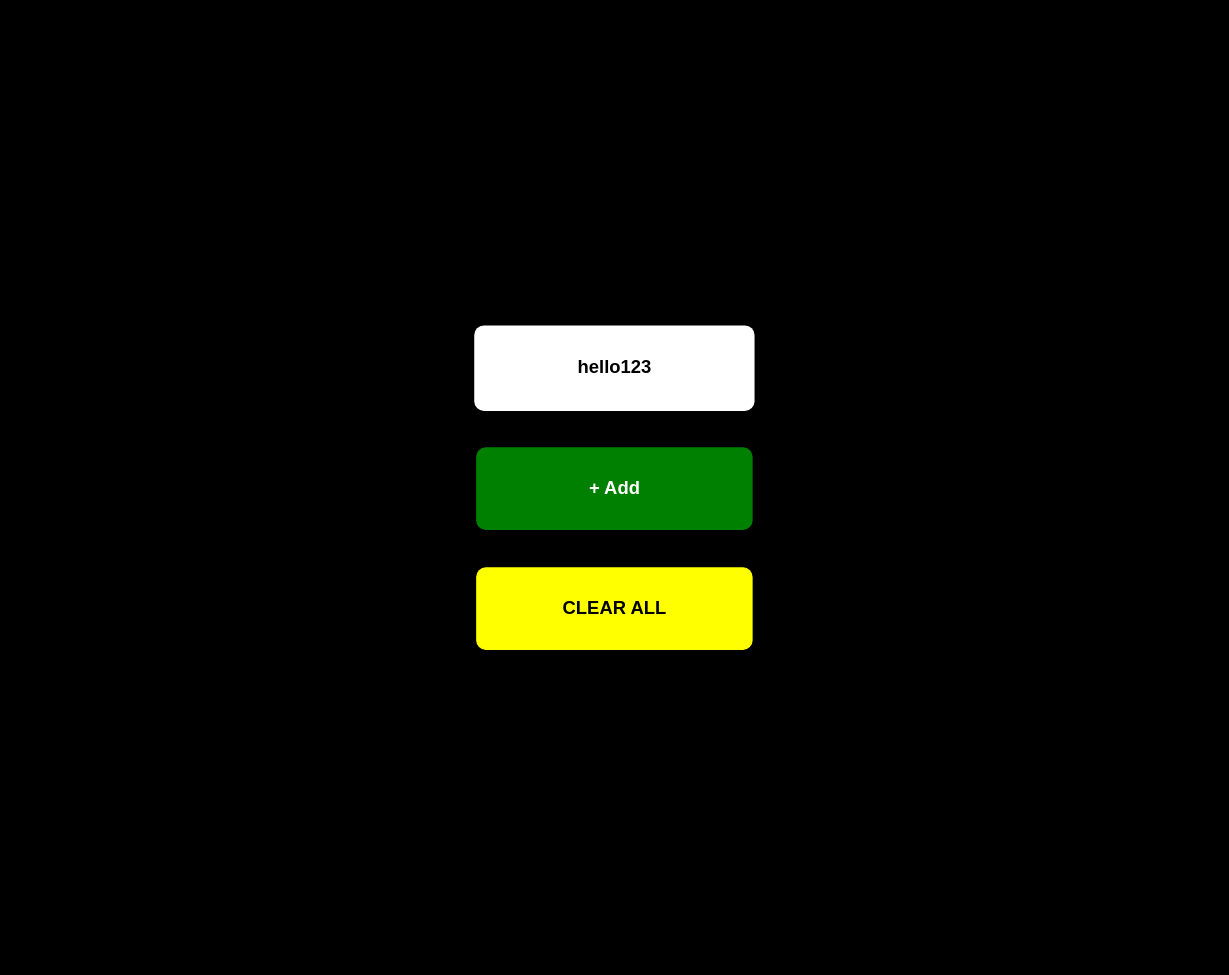
Repository: jcohenp/DI_Exercises
Page: W3/D2/gold/index.html
These files come from the project's save history. The page is drawn as it stood at one moment and after the next save; the edit follows.
The browser window is 1280 px wide. The pictures show the whole page, at 96% of full size.

Above is the page before, as saved 2020-08-25 14:06:38.

After the next save:
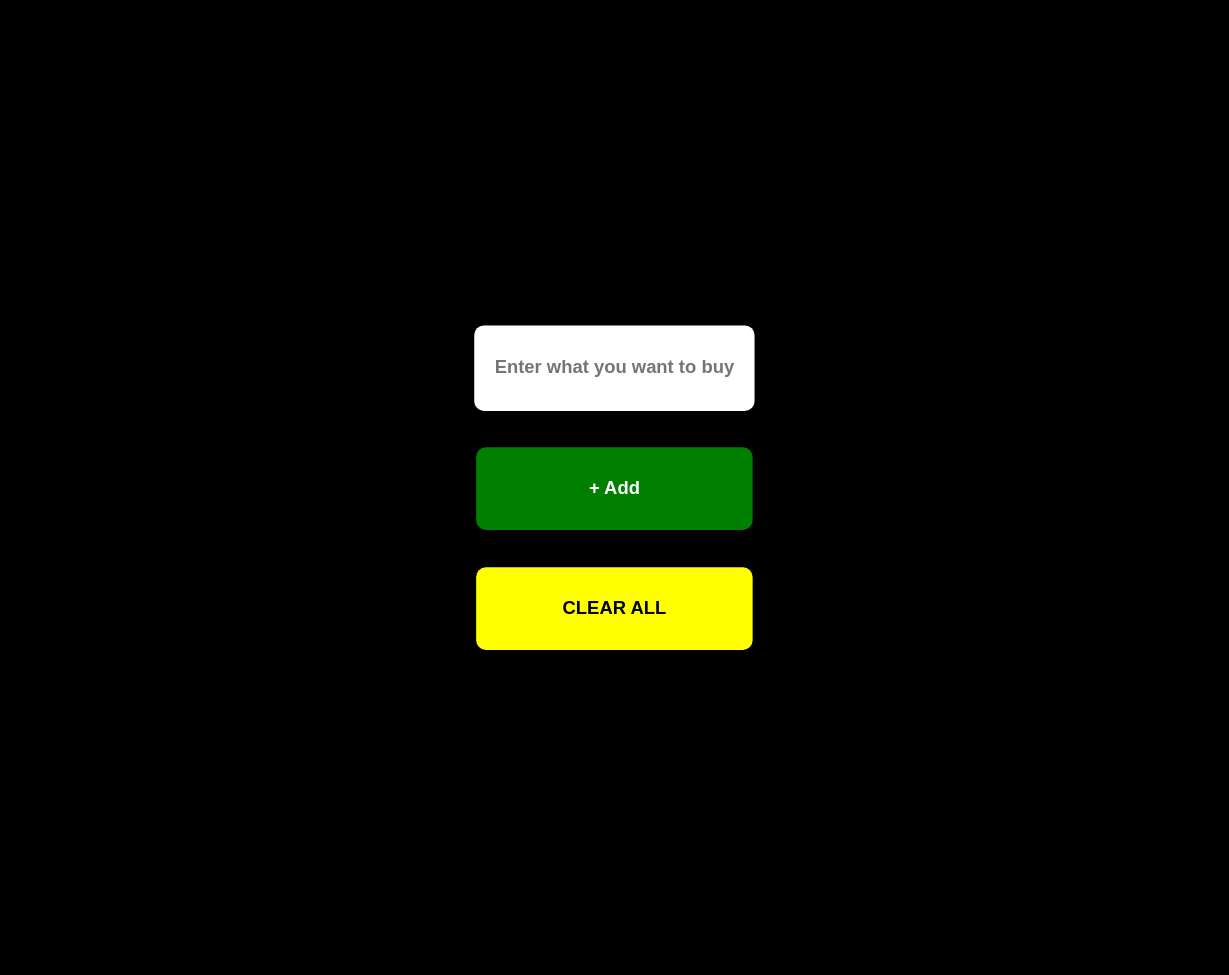
Saved 23 s later.
--- a/W3/D2/gold/js/script.js
+++ b/W3/D2/gold/js/script.js
@@ -25,7 +25,7 @@
     styleAll(formField);
     formField.type = "text";
     formField.placeholder = "Enter what you want to buy";
-    formField.value = "hello123"
+    // formField.value = "hello123"
     formField.name = "formField";
     let itemValue = formField.value;
     inputForm.appendChild(formField);

After the 2 saves that followed:
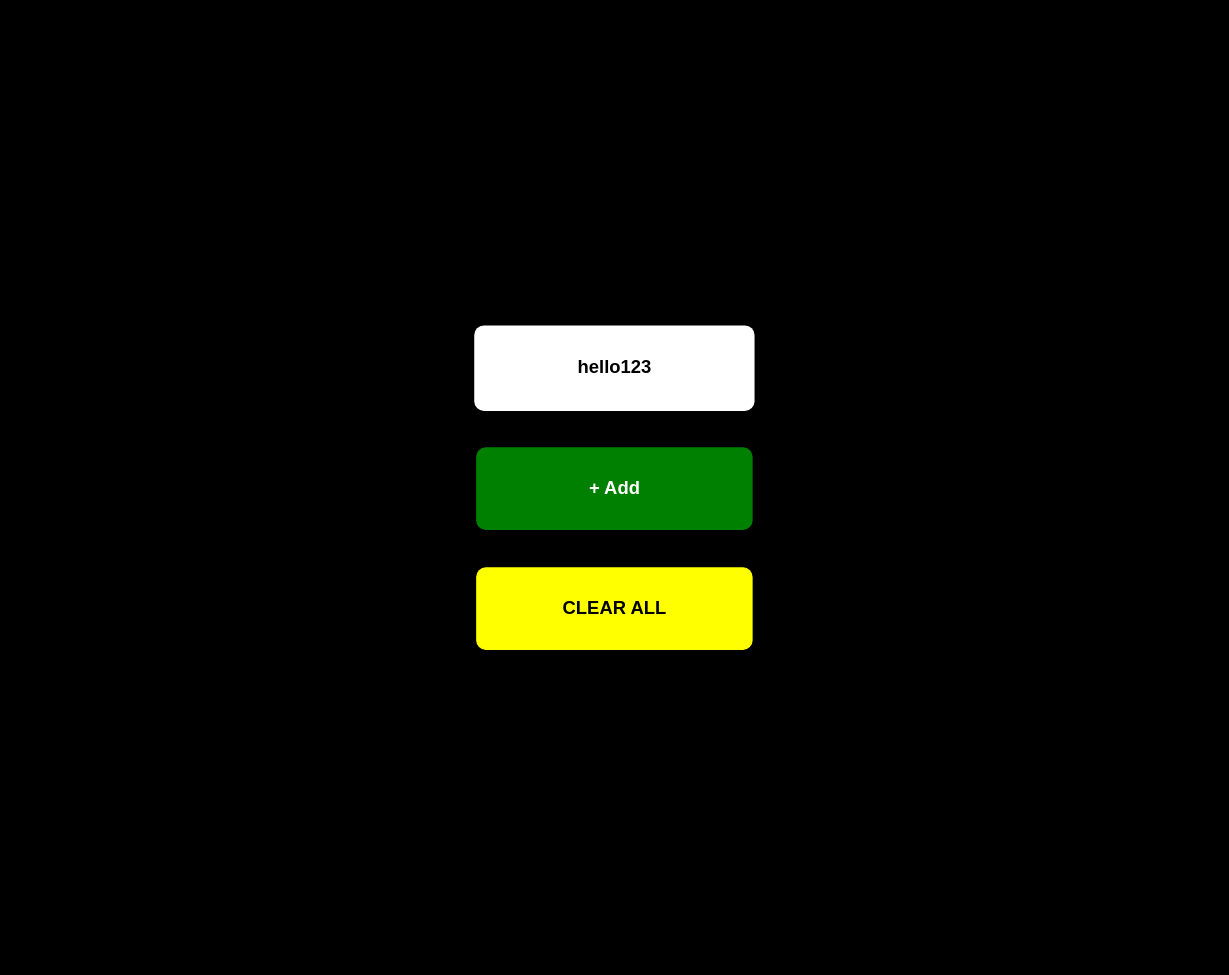
The 2 saves are shown as one change because 1 left the picture as it was.
The last was saved 66 s later.
--- a/W3/D2/gold/js/script.js
+++ b/W3/D2/gold/js/script.js
@@ -25,7 +25,7 @@
     styleAll(formField);
     formField.type = "text";
     formField.placeholder = "Enter what you want to buy";
-    // formField.value = "hello123"
+    formField.value = "hello123"
     formField.name = "formField";
     let itemValue = formField.value;
     inputForm.appendChild(formField);
@@ -69,7 +69,7 @@
     styleAll(newItem);
     console.log(itemValue);
     newItem.innerHTML = itemValue;
-    newItem.style.backgroundColor = "white";
+    newItem.style.color = "white";
     console.log("ItemCreate " + itemValue);
     console.log("createListItem " + newItem);
     parent.appendChild(newItem);
